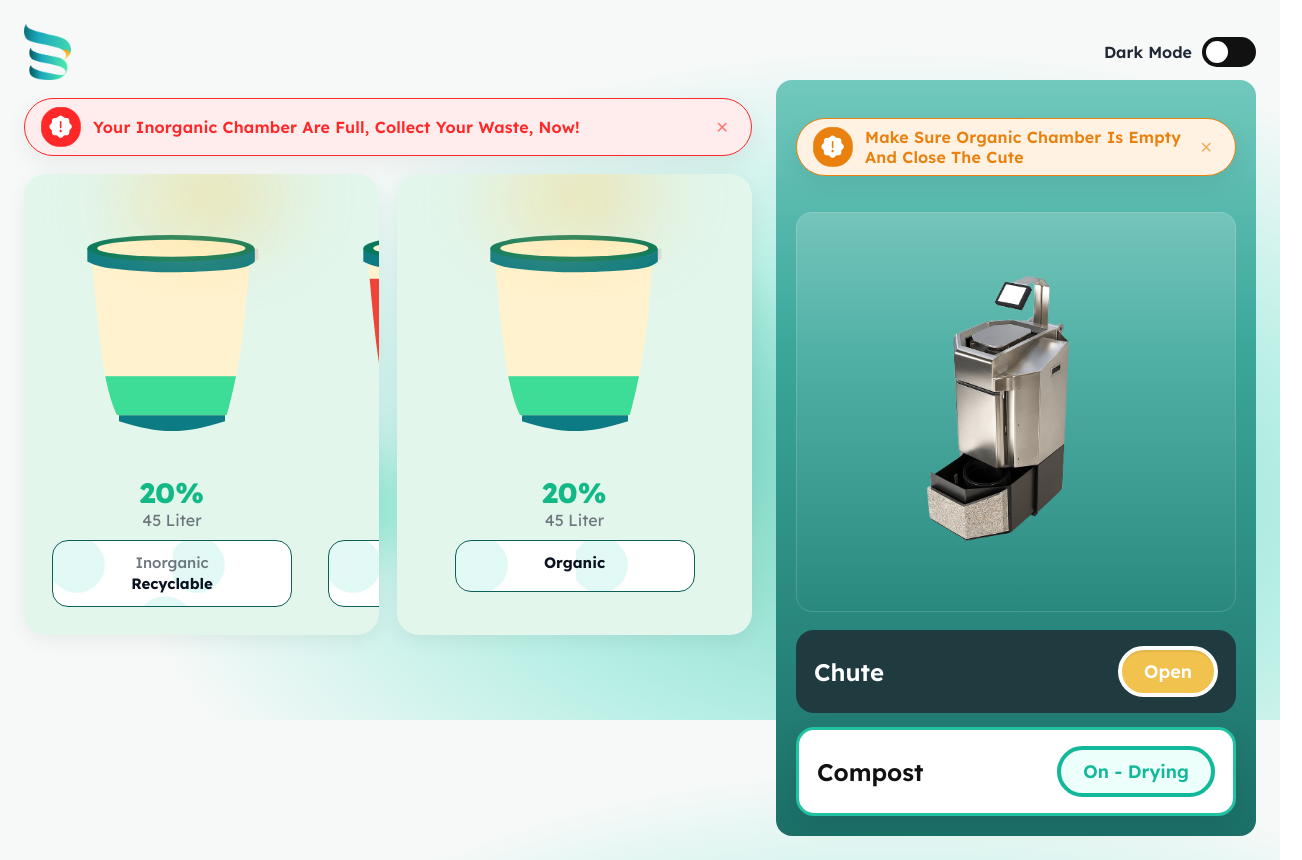
Repository: william-saputra/nusabin
Page: pages/homepage.html
An editor plug-in stored every save of this project. The page is shown before and after the next save, followed by the edit.
The browser window is 1280 px wide. The page is 1280 px wide, then 1302 px, so the pictures cover 1302 px, including what lies to the right of the window. The pictures show the whole page.
Backgrounds fixed to the window are drawn as part of the page.

Above is the page before, as saved 2025-08-12 23:48:53.

### pages/homepage.html
<!DOCTYPE html>
<html lang="en">
  <head>
    <meta charset="UTF-8" />
    <meta name="viewport" content="width=device-width, initial-scale=1.0" />
    <title>Nusabin – Homepage</title>
    <link rel="preconnect" href="https://fonts.googleapis.com" />
    <link rel="preconnect" href="https://fonts.gstatic.com" crossorigin />
    <link href="https://fonts.googleapis.com/css2?family=Lexend:wght@400;500;600;700;800&family=Inter:wght@400;500;600;700;800&display=swap" rel="stylesheet" />
    <link rel="stylesheet" href="../styles/base.css" />
    <link rel="stylesheet" href="../styles/pages/homepage.css" />
  </head>
  <body>
    <div class="homepage no-nav">
      <header class="topbar no-nav">
        <img src="../assets/images/green_logo.png" alt="Nusabin" class="logo no-nav" />
        <div class="spacer no-nav"></div>
        <div class="theme-toggle no-nav">
          <span class="label no-nav">Dark Mode</span>
          <label class="switch no-nav">
            <input id="dark-toggle" class="no-nav" type="checkbox" />
            <span class="slider round no-nav"></span>
          </label>
        </div>
      </header>

      <main class="layout">
        <div class="left-col">
          <section class="alerts no-nav">
            <div class="alert pill no-nav" data-variant="danger" data-alert-id="left-alert">
              <img class="alert-icon" src="../assets/icons/red_alert.svg" alt="alert" width="40" height="40" />
              <div class="text no-nav">Your Inorganic Chamber Are Full, Collect Your Waste, Now!</div>
              <button class="close no-nav" data-dismiss>
                <span class="no-nav">&#10005;</span>
              </button>
            </div>
          </section>
          <div class="left-grid clickable-area" data-navigate>
          <div class="card card-buckets">
            <div class="bucket-group">
              <div class="bucket-item" data-id="inorganic_recyclable">
                <svg class="bucket-svg" viewBox="0 0 197 216" aria-labelledby="title-ir" role="img">
                  <title id="title-ir">Inorganic Recyclable</title>
                  <defs>
                    <clipPath id="cupShape-inorganic_recyclable">
                      <path d="M53.3367 175.048C43.8761 154.841 39.492 126.346 33.0561 49.7143L162.041 52.148C157.42 108.314 153.879 136.877 143.383 175.048C107.592 183.612 87.9058 183.201 53.3367 175.048Z" />
                    </clipPath>
                  </defs>
                  <path d="M53.3367 175.048C43.8761 154.841 39.492 126.346 33.0561 49.7143L162.041 52.148C157.42 108.314 153.879 136.877 143.383 175.048C107.592 183.612 87.9058 183.201 53.3367 175.048Z" fill="#FFF3CF" />
                  <rect id="cupFill-inorganic_recyclable" x="0" y="175" width="197" height="0" clip-path="url(#cupShape-inorganic_recyclable)" />
                  <path d="M55 179.937V175H142V179.937C107.725 190.783 88.6686 190.592 55 179.937Z" fill="#0C7B83" />
                  <rect x="166.097" y="38.3571" width="3.2449" height="8.92347" fill="#D9D9D9" />
                  <path d="M29 48.9031V38.3571H166.503V48.9031C162.244 52.8888 157.731 54.2809 146.222 55.3929C109.605 58.2432 89.8065 58.6723 56.9872 55.3929C42.0852 54.0832 36.1288 52.6188 29 48.9031Z" fill="#0C7B83" />
                  <ellipse cx="97.5485" cy="37.9515" rx="68.5485" ry="10.9515" fill="#08785B" />
                  <ellipse cx="97.9541" cy="37.9515" rx="60.8418" ry="6.89541" fill="#FFF3CF" />
                </svg>
                <div class="bucket-metrics">
                  <div class="percent" data-percent>0%</div>
                  <div class="liter" data-liter>0 Liter</div>
                </div>
                <div class="chip chip-2line"><span>Inorganic</span><strong>Recyclable</strong></div>
              </div>

              <div class="bucket-item" data-id="inorganic_non_recyclable">
                <svg class="bucket-svg" viewBox="0 0 197 216" aria-labelledby="title-inr" role="img">
                  <title id="title-inr">Inorganic <br>Non-Recyclable</title>
                  <defs>
                    <clipPath id="cupShape-inorganic_non_recyclable">
                      <path d="M53.3367 175.048C43.8761 154.841 39.492 126.346 33.0561 49.7143L162.041 52.148C157.42 108.314 153.879 136.877 143.383 175.048C107.592 183.612 87.9058 183.201 53.3367 175.048Z" />
                    </clipPath>
                  </defs>
                  <path d="M53.3367 175.048C43.8761 154.841 39.492 126.346 33.0561 49.7143L162.041 52.148C157.42 108.314 153.879 136.877 143.383 175.048C107.592 183.612 87.9058 183.201 53.3367 175.048Z" fill="#FFF3CF" />
                  <rect id="cupFill-inorganic_non_recyclable" x="0" y="175" width="197" height="0" clip-path="url(#cupShape-inorganic_non_recyclable)" />
                  <path d="M55 179.937V175H142V179.937C107.725 190.783 88.6686 190.592 55 179.937Z" fill="#0C7B83" />
                  <rect x="166.097" y="38.3571" width="3.2449" height="8.92347" fill="#D9D9D9" />
                  <path d="M29 48.9031V38.3571H166.503V48.9031C162.244 52.8888 157.731 54.2809 146.222 55.3929C109.605 58.2432 89.8065 58.6723 56.9872 55.3929C42.0852 54.0832 36.1288 52.6188 29 48.9031Z" fill="#0C7B83" />
                  <ellipse cx="97.5485" cy="37.9515" rx="68.5485" ry="10.9515" fill="#08785B" />
                  <ellipse cx="97.9541" cy="37.9515" rx="60.8418" ry="6.89541" fill="#FFF3CF" />
                </svg>
                <div class="bucket-metrics">
                  <div class="percent" data-percent>0%</div>
                  <div class="liter" data-liter>0 Liter</div>
                </div>
                <div class="chip chip-2line"><span>Inorganic</span><strong>Non-Recyclable</strong></div>
              </div>
            </div>
          </div>

          <div class="card card-bucket-single">
            <div class="bucket-item" data-id="organic">
              <svg class="bucket-svg" viewBox="0 0 197 216" aria-labelledby="title-org" role="img">
                <title id="title-org">Organic</title>
                <defs>
                  <clipPath id="cupShape-organic">
                    <path d="M53.3367 175.048C43.8761 154.841 39.492 126.346 33.0561 49.7143L162.041 52.148C157.42 108.314 153.879 136.877 143.383 175.048C107.592 183.612 87.9058 183.201 53.3367 175.048Z" />
                  </clipPath>
                </defs>
                <path d="M53.3367 175.048C43.8761 154.841 39.492 126.346 33.0561 49.7143L162.041 52.148C157.42 108.314 153.879 136.877 143.383 175.048C107.592 183.612 87.9058 183.201 53.3367 175.048Z" fill="#FFF3CF" />
                <rect id="cupFill-organic" x="0" y="175" width="197" height="0" clip-path="url(#cupShape-organic)" />
                <path d="M55 179.937V175H142V179.937C107.725 190.783 88.6686 190.592 55 179.937Z" fill="#0C7B83" />
                <rect x="166.097" y="38.3571" width="3.2449" height="8.92347" fill="#D9D9D9" />
                <path d="M29 48.9031V38.3571H166.503V48.9031C162.244 52.8888 157.731 54.2809 146.222 55.3929C109.605 58.2432 89.8065 58.6723 56.9872 55.3929C42.0852 54.0832 36.1288 52.6188 29 48.9031Z" fill="#0C7B83" />
                <ellipse cx="97.5485" cy="37.9515" rx="68.5485" ry="10.9515" fill="#08785B" />
                <ellipse cx="97.9541" cy="37.9515" rx="60.8418" ry="6.89541" fill="#FFF3CF" />
              </svg>
              <div class="bucket-metrics">
                <div class="percent" data-percent>0%</div>
                <div class="liter" data-liter>0 Liter</div>
              </div>
              <div class="chip chip-2line"><strong>Organic</strong></div>
            </div>
          </div>
          </div>
        </div>

        <aside class="right-panel">
          <section class="alerts no-nav">
            <div class="alert pill no-nav" data-variant="warning" data-alert-id="right-alert">
              <img class="alert-icon" src="../assets/icons/orange_alert.svg" alt="alert" width="40" height="40" />
              <div class="text no-nav">Make Sure Organic Chamber Is Empty And Close The Cute</div>
              <button class="close no-nav" data-dismiss>
                <span class="no-nav">&#10005;</span>
              </button>
            </div>
          </section>
          <div class="machine-wrapper">
            <img src="../assets/images/machine.png" alt="Machine" class="machine" />
          </div>
          <div class="status-panel no-nav">
            <div class="status-row variant-dark no-nav">
              <div class="label no-nav">Chute</div>
              <div class="status-pill pill-open no-nav">Open</div>
            </div>
            <div class="status-row variant-light no-nav">
              <div class="label no-nav">Compost</div>
              <div class="status-pill pill-on no-nav">On - Drying</div>
            </div>
          </div>
        </aside>
      </main>
    </div>

    <script src="../scripts/theme.js"></script>
    <script src="../scripts/main.js"></script>
  </body>
  </html>

### styles/base.css
:root {
  --bg: #f6f9f8;
  --card: #ffffff;
  --text: #0b1220;
  --muted: #6b7280;
  --primary: #1cb59b;
  --danger: #e53935;
  --warning: #ffb74d;
  --ring: rgba(28, 181, 155, 0.35);
}

* { box-sizing: border-box; }
html, body { height: 100%; }
body {
  margin: 0;
  font-family: Lexend, Inter, system-ui, -apple-system, Segoe UI, Roboto, Helvetica, Arial, "Apple Color Emoji", "Segoe UI Emoji";
  color: var(--text);
  background: radial-gradient(1200px 700px at 70% 70%, #7ed8c4 0%, #b8efe5 35%, #f6f9f8 65%) no-repeat fixed;
}

/* Generic layout */
.homepage { padding: 24px; }
.topbar { display: flex; align-items: center; gap: 16px; }
.spacer { flex: 1 1 auto; }
.logo { height: 56px; }

.theme-toggle { display: flex; align-items: center; gap: 10px; font-weight: 600; }
.theme-toggle .label { opacity: 0.9; }

/* Toggle */
.switch { position: relative; display: inline-block; width: 54px; height: 30px; }
.switch input { display: none; }
.slider { position: absolute; cursor: pointer; top: 0; left: 0; right: 0; bottom: 0; background: #111; transition: .2s; border-radius: 999px; }
.slider:before { position: absolute; content: ""; height: 22px; width: 22px; left: 4px; bottom: 4px; background: #fff; transition: .2s; border-radius: 50%; }
input:checked + .slider { background: #cdd2d6; }
input:checked + .slider:before { transform: translateX(24px); }

/* Alerts */
.alerts { display: grid; grid-template-columns: 1fr; gap: 12px; margin: 18px 0; }
.alert { display: grid; grid-template-columns: auto 1fr auto; align-items: center; gap: 12px; padding: 8px 16px; border-radius: 50px; box-shadow: 0 8px 24px rgba(0,0,0,.06); font-family: Lexend, Inter, sans-serif; border: 1px solid currentColor; }
.alert .text { font-weight: 600; letter-spacing: .2px; }
.alert .close { appearance: none; border: 0; background: transparent; cursor: pointer; opacity: 0.6; font-size: 16px; color: inherit; }
.alert.pill[data-variant="danger"] { color: #FF2828; background: #FFECEC; }
.alert.pill[data-variant="warning"] { color: #EA800E; background: #FFF2E3; }
.alert-icon { flex: 0 0 auto; width: 40px; height: 40px; }

/* Main layout */
.layout { display: grid; grid-template-columns: 1.35fr 480px; gap: 24px; align-items: start; }
.left-col { display: block; }
.left-grid { display: grid; grid-template-columns: 1fr 1fr; gap: 18px; }

.card { background: var(--card); border-radius: 22px; padding: 28px; box-shadow: 0 6px 20px rgba(0,0,0,.06); position: relative; overflow: hidden; }
.card::before, .card::after { content: ""; position: absolute; pointer-events: none; border-radius: 50%; filter: blur(40px); opacity: 0.9; }
.card::before { width: 260px; height: 180px; top: -70px; right: 30px; background: radial-gradient(closest-side, rgba(255,189,57,0.55), rgba(255,189,57,0) 70%); }
.card::after  { width: 220px; height: 160px; top: -50px; left: 40%; transform: translateX(-50%); background: radial-gradient(closest-side, rgba(255,225,149,0.55), rgba(255,225,149,0) 70%); }
.card-buckets { display: block; background: #E2F6EC; min-height: 460px; }
.card-bucket-single { display: block; background: #E2F6EC; min-height: 460px; }

.bucket-group { display: grid; grid-template-columns: 1fr 1fr; gap: 36px; justify-items: center; }
.bucket-item { display: grid; justify-items: center; gap: 10px; }
.bucket-svg { width: 100%; max-width: 240px; height: auto; display: block; }
.bucket-static { pointer-events: none; }

.bucket-metrics { text-align: center; }
.bucket-metrics .percent { font-weight: 800; font-size: 28px; color: #12B886; }
.bucket-metrics .percent.danger { color: #F44336; }
.bucket-metrics .liter { color: #6C757D; font-size: 16px; }

.chip { display: inline-flex; flex-direction: column; align-items: center; gap: 4px; padding: 14px 22px; border-radius: 16px; background: #fff; border: 1.5px solid #0B5F57; font-size: 20px; line-height: 1.1; min-height: 52px; min-width: 240px; }
.chip span { color: #6C757D; font-weight: 500; }
.chip strong { font-weight: 700; }
.chip-positive strong { color: #12B886; }
.chip-negative strong { color: #F44336; }
.chip {
  background-image: radial-gradient(circle at 20% 20%, rgba(13, 207, 173, 0.12) 0 20%, rgba(13, 207, 173, 0) 21%),
                    radial-gradient(circle at 80% 60%, rgba(13, 207, 173, 0.12) 0 20%, rgba(13, 207, 173, 0) 21%);
  background-size: 120px 120px, 140px 140px;
}

.chip-2line { font-size: 15px; }

.right-panel { display: grid; grid-template-rows: 1fr auto; gap: 18px; }
.right-panel { background: linear-gradient(180deg, #72c9bd 0%, #3ba79b 35%, #1b6f67 100%); padding: 20px; border-radius: 16px; }
.machine-wrapper { display: grid; place-items: center; background: linear-gradient(180deg, rgba(255,255,255,0.18), rgba(255,255,255,0)); border-radius: 16px; min-height: 400px; box-shadow: inset 0 0 0 1px rgba(255,255,255,0.15); }
.machine { max-width: 100%; height: auto; object-fit: contain; }

.status-panel { background: transparent; border-radius: 16px; padding: 0; display: grid; gap: 16px; }
.status-row { display: flex; align-items: center; justify-content: space-between; padding: 16px 18px; border-radius: 18px; }
.status-row .label { font-weight: 600; font-size: 24px; }
.status-row.variant-dark { background: #1f3b3f; color: #ffffff; }
.status-row.variant-light { background: #ffffff; color: #111; border: 3px solid #22c3a4; box-shadow: 0 8px 24px rgba(0,0,0,.08); }
.status-pill { border-radius: 999px; padding: 10px 22px; font-weight: 600; font-size: 18px; }
.pill-open { background: #f1c24e; color: #ffffff; border: 4px solid #ffffff; box-shadow: 0 2px 0 rgba(0,0,0,.06) inset; }
.pill-on { background: #ecfffb; color: #12b89a; border: 4px solid #12b89a; }

.clickable-area { cursor: pointer; }

/* Decorative half-circle with glow on the left bottom */
.left-col { position: relative; }
.left-col::after { content: ""; position: absolute; left: 50%; transform: translateX(-10%); bottom: -40px; width: 560px; height: 560px; border-bottom-left-radius: 560px; border-bottom-right-radius: 560px; border-top-left-radius: 560px; border-top-right-radius: 560px; background: radial-gradient(closest-side, rgba(28,181,155,0.55), rgba(28,181,155,0) 70%); filter: blur(6px); z-index: -1; }
.left-col::before { content: ""; position: absolute; left: 40%; transform: translateX(-50%); bottom: 20px; width: 380px; height: 220px; border-radius: 380px 380px 0 0; background: radial-gradient(closest-side, rgba(60,220,178,0.7), rgba(60,220,178,0) 70%); filter: blur(20px); z-index: -1; }

/* Dark mode */
.dark body, body.dark { background: radial-gradient(1200px 700px at 70% 70%, #0e3c3b 0%, #0f6b61 35%, #071b1a 65%); color: #e5f6f1; }
body.dark .card, body.dark .status-panel { background: #0a1414; color: #e6f5f1; }
body.dark .chip { background: #08201c; border-color: #0f3f36; }
body.dark .bucket-metrics .percent { color: #55e3c7; }
body.dark .status-row { background: #051010; }
body.dark .status-pill { background: #0b2a26; }

/* Utilities for specific wrappers that shouldn't navigate */
.no-nav { pointer-events: auto; }

@media (max-width: 1100px) {
  .layout { grid-template-columns: 1fr; }
  .right-panel { order: -1; }
}

### styles/pages/homepage.css
/* Page-specific fine-tuning for Homepage */
.homepage .card-buckets { background: #E2F6EC; }
.homepage .card-bucket-single { background: #E2F6EC; }

.homepage .bucket-item .bucket { filter: drop-shadow(0 10px 24px rgba(0,0,0,.08)); }
.homepage .bucket-item .percent { letter-spacing: .3px; }

.right-panel .status-panel { gap: 14px; }

@media (max-width: 1100px) {
  .homepage .bucket-svg { max-width: 180px; }
}

### scripts/theme.js
(function () {
  const toggle = document.getElementById('dark-toggle');
  if (!toggle) return;

  const apply = (isDark) => {
    document.body.classList.toggle('dark', isDark);
    try { localStorage.setItem('theme-dark', isDark ? '1' : '0'); } catch (_) {}
  };

  // Restore previous preference
  let stored = null;
  try { stored = localStorage.getItem('theme-dark'); } catch (_) {}
  apply(stored === '1');
  toggle.checked = stored === '1';

  toggle.addEventListener('change', () => apply(toggle.checked));
})();

### scripts/main.js
(function () {
  const root = document;

  // Navigate to detail when clicking anywhere on the left grid
  const clickable = root.querySelector('.clickable-area');
  if (clickable) {
    clickable.addEventListener('click', function (ev) {
      const target = ev.target;
      if (target && (target.closest('[data-dismiss]') || target.closest('.switch') || target.closest('.status-panel') || target.closest('.alerts'))) return;
      window.location.href = '../pages/detail.html';
    });
  }

  // Close alert buttons
  root.querySelectorAll('[data-dismiss]').forEach((btn) => {
    btn.addEventListener('click', (e) => {
      e.stopPropagation();
      const alert = btn.closest('.alert');
      if (alert) alert.remove();
    });
  });

  // Example: programmatic update of alert colors (kept for future use)
  function setAlertVariant(id, variant) {
    const el = root.querySelector('[data-alert-id="' + id + '"]');
    if (!el) return;
    el.setAttribute('data-variant', variant);
    const rect = el.querySelector('g > rect');
    if (rect) rect.setAttribute('fill', variant === 'danger' ? '#FF2828' : '#EA800E');
  }

  // Data dummy hardcoded
  const data = {
    inorganic_recyclable: { level: 20, volume: 45 },
    inorganic_non_recyclable: { level: 70, volume: 134 },
    organic: { level: 20, volume: 45 }
  };

  // Update function per spec
  function updateFill(binId, percent, volumeLiters) {
    const rect = root.getElementById('cupFill-' + binId);
    if (!rect) return;
    // Using actual bucket.svg coordinates: baseY aligns with ~175 (bottom of cup path), contentHeight approximated to inner cup height
    const contentHeight = 160; // adjustable based on real cup inner height
    const baseY = 175;
    const p = Math.max(0, Math.min(100, percent));
    const newHeight = (p / 100) * contentHeight;
    const newY = baseY - newHeight;
    rect.setAttribute('height', String(newHeight));
    rect.setAttribute('y', String(newY));
    rect.setAttribute('fill', p >= 70 ? '#F04438' : '#3DDC97');

    const item = root.querySelector('.bucket-item[data-id="' + binId + '"]');
    if (!item) return;
    const percentEl = item.querySelector('[data-percent]');
    const literEl = item.querySelector('[data-liter]');
    if (percentEl) {
      percentEl.textContent = p + '%';
      percentEl.classList.toggle('danger', p >= 70);
    }
    if (literEl) literEl.textContent = volumeLiters + ' Liter';
  }

  // Initialize
  Object.entries(data).forEach(([id, val]) => {
    updateFill(id, val.level, val.volume);
  });
})();

After the next save:
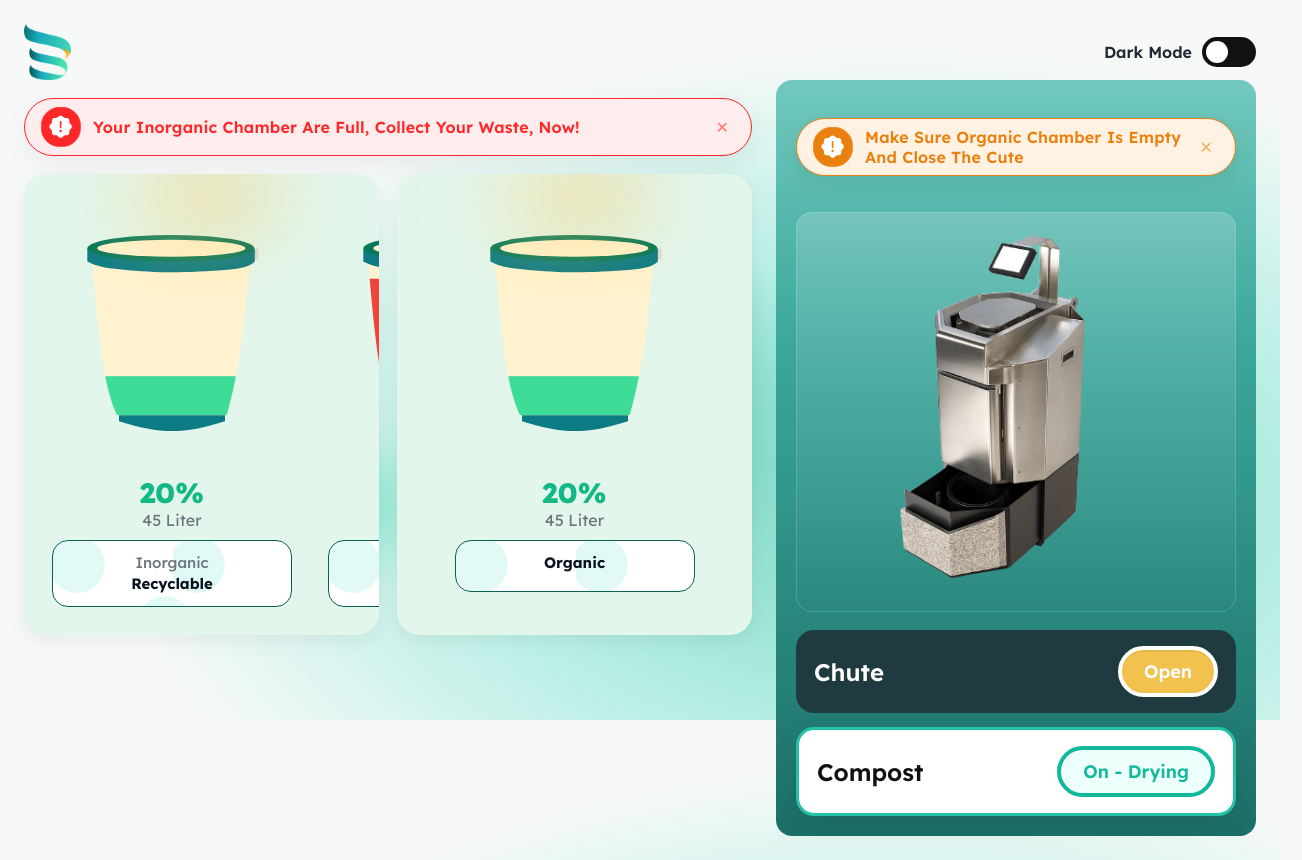
Saved 66 s later.
--- a/styles/base.css
+++ b/styles/base.css
@@ -82,7 +82,7 @@ input:checked + .slider:before { transform: translateX(24px); }
 .right-panel { display: grid; grid-template-rows: 1fr auto; gap: 18px; }
 .right-panel { background: linear-gradient(180deg, #72c9bd 0%, #3ba79b 35%, #1b6f67 100%); padding: 20px; border-radius: 16px; }
 .machine-wrapper { display: grid; place-items: center; background: linear-gradient(180deg, rgba(255,255,255,0.18), rgba(255,255,255,0)); border-radius: 16px; min-height: 400px; box-shadow: inset 0 0 0 1px rgba(255,255,255,0.15); }
-.machine { max-width: 100%; height: auto; object-fit: contain; }
+.machine { max-width: 100%; height: auto; object-fit: contain; transform: scale(1.3); transform-origin: center; }
 
 .status-panel { background: transparent; border-radius: 16px; padding: 0; display: grid; gap: 16px; }
 .status-row { display: flex; align-items: center; justify-content: space-between; padding: 16px 18px; border-radius: 18px; }
